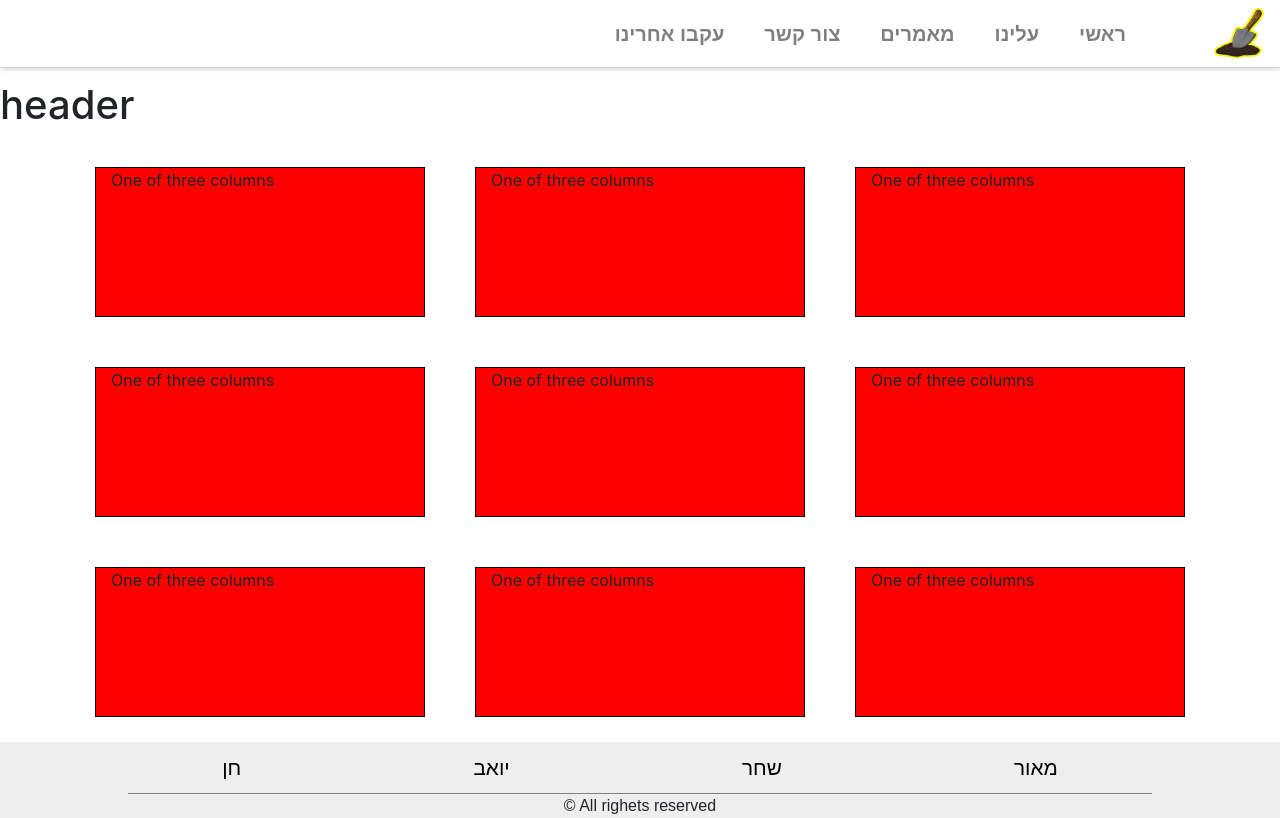
Repository: yoavBenZion/Blog-Zubi
Page: articlesPage.html
These files come from the project's save history. The page is drawn as it stood at one moment and after the next save; the edit follows.
The browser window is 1280 px wide. The pictures show the whole page.
Some web fonts or font styles are not loaded; a fallback is used. Some web libraries are served in a nearby version.

Above is the page before, as saved 2017-10-26 11:35:54.

After the next save:
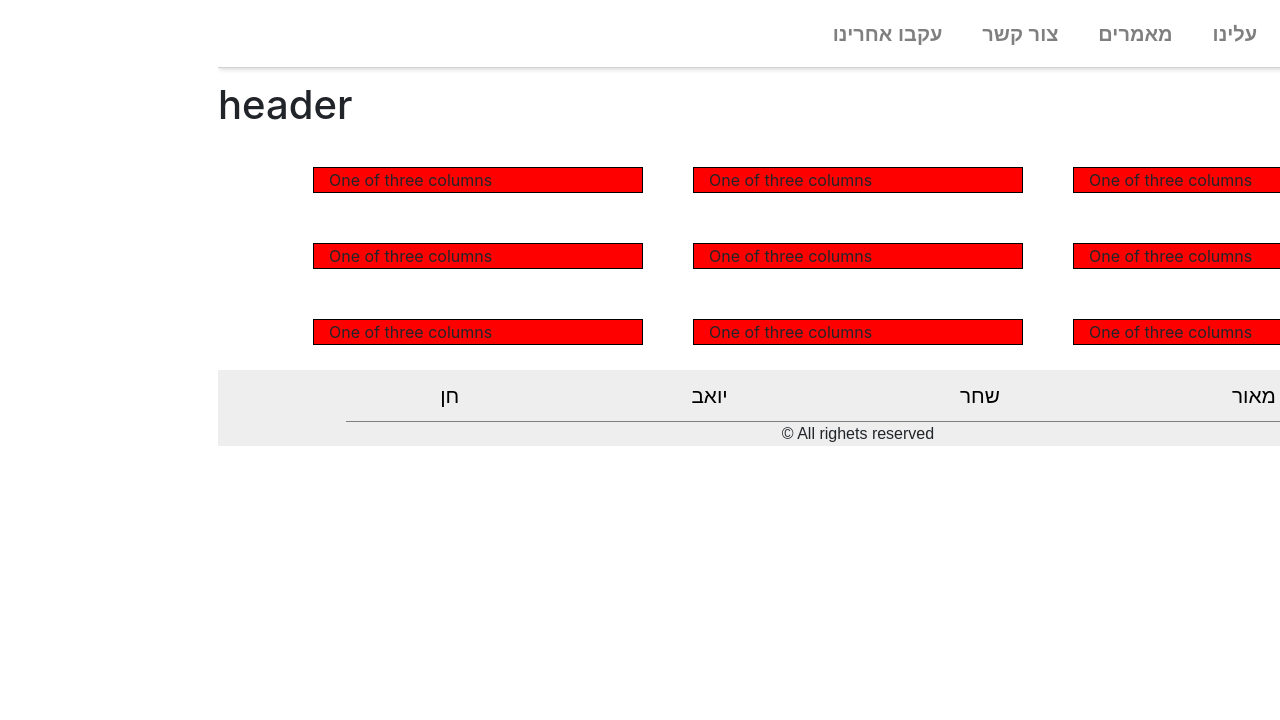
Saved 30 s later.
--- a/css/articlesPage.css
+++ b/css/articlesPage.css
@@ -7,6 +7,6 @@ body {
 .col {
     background-color: red;
     margin: 25px;
-    height: 150px;
+    height: 35%;
     border: 1px solid black;
 }
